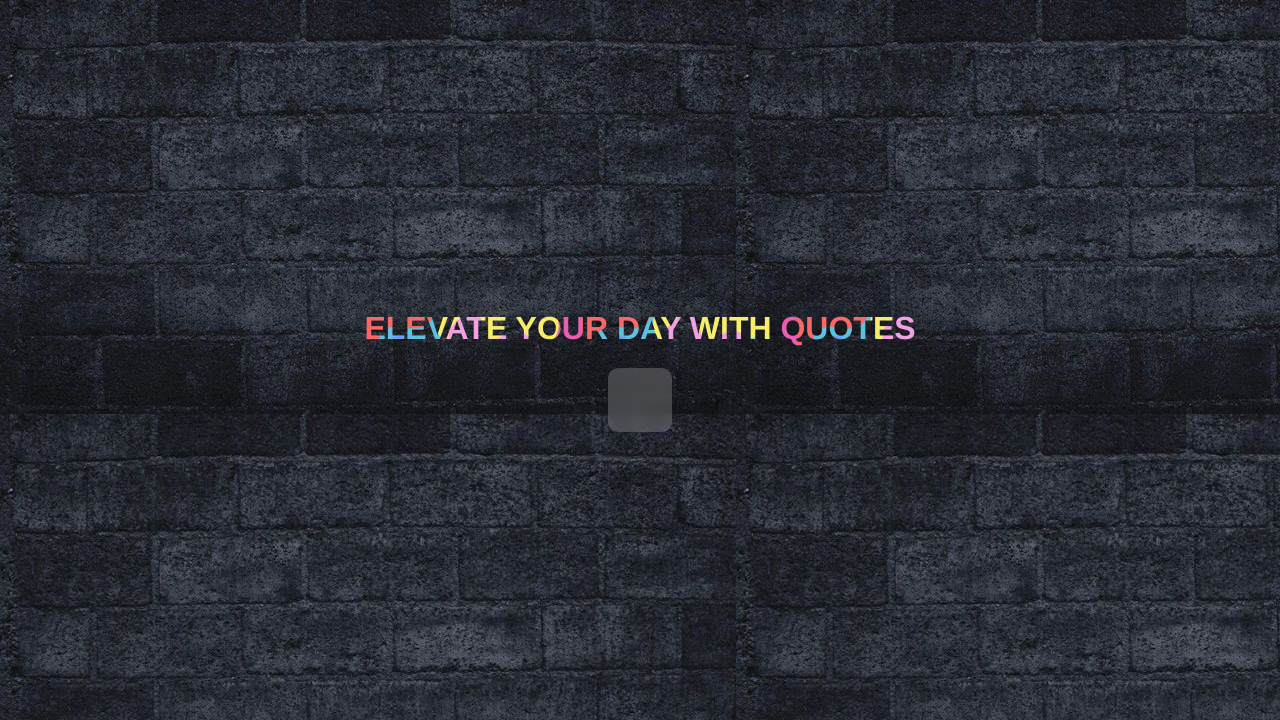
Repository: Bhavik-Sanghar/Quote-app
Page: /
These files come from the project's save history. The page is drawn as it stood at one moment and after the next save; the edit follows.
The browser window is 1280 px wide. The pictures show the whole page.
The page's requests for data from a server got no answer. The project was rebuilt for these pictures with package versions that can differ from the ones it lists, and the page was loaded fresh each time. No one was signed in, and anything a server would have sent is missing. Also part of the build but not shown: src/styles.css.

Above is the page before, as saved 2023-08-18 15:02:19.

After the next save:
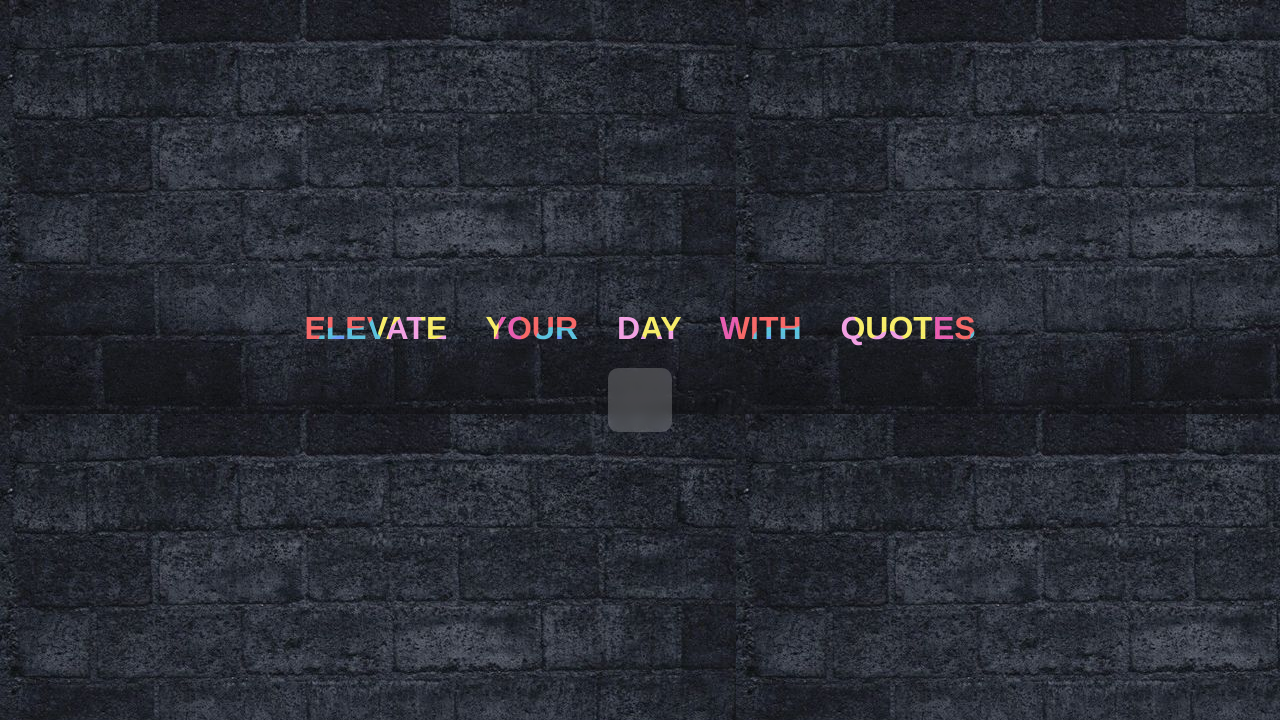
Saved 30 s later.
--- a/src/components/New.css
+++ b/src/components/New.css
@@ -17,6 +17,7 @@
     -webkit-background-clip: text;
     -webkit-text-fill-color: transparent;
     text-align: center;
+    word-spacing: 30px;
     font-weight: bold;
     text-transform: uppercase;
     font-family: 'Steelfish Rg', 'helvetica neue';
